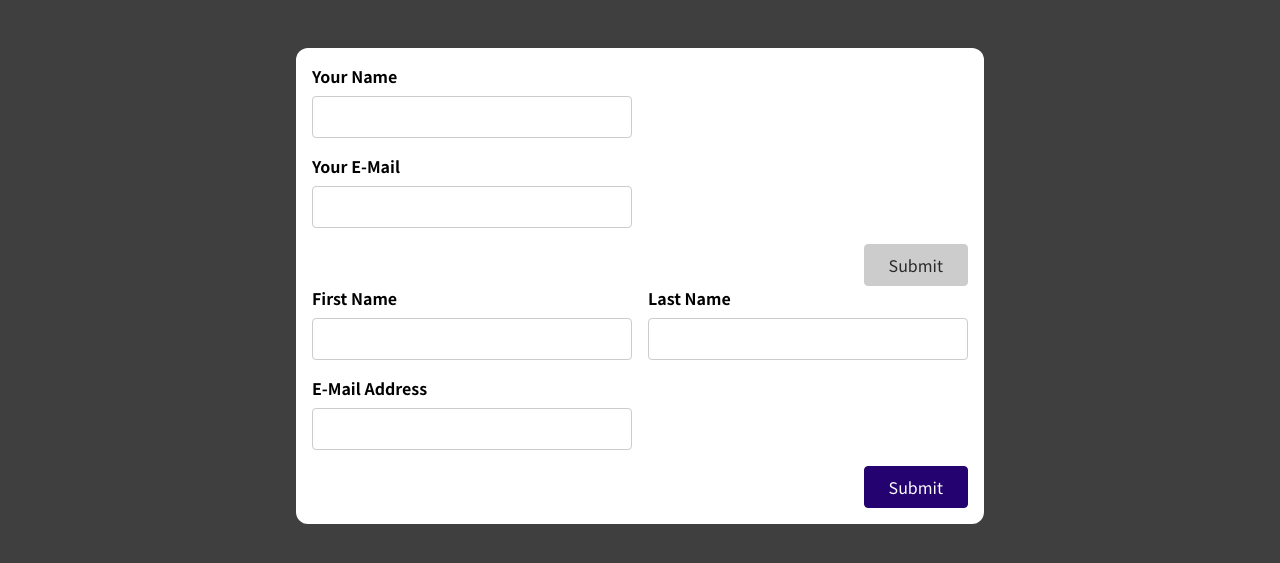
Repository: wenxi0504/08_Form-UserInput-React-
Page: /
The author's editor kept a copy of each file at every save. The page is drawn from the files as they stood at one save, then again after the next save.
The browser window is 1280 px wide. The pictures show the whole page.
The project was rebuilt for these pictures with package versions that can differ from the ones it lists, and the page was loaded fresh each time.

Above is the page before, as saved 2022-07-14 23:55:47.

### src/index.css
@import url('https://fonts.googleapis.com/css2?family=Noto+Sans+JP:wght@400;700&display=swap');

* {
  box-sizing: border-box;
}

html {
  font-family: 'Noto Sans JP', sans-serif;
}

body {
  margin: 0;
  background-color: #3f3f3f;
}

.app {
  width: 90%;
  max-width: 43rem;
  padding: 1rem;
  border-radius: 12px;
  background-color: white;
  margin: 3rem auto;
}

.form-control {
  margin-bottom: 1rem;
}

.form-control input,
.form-control label {
  display: block;
}

.form-control label {
  font-weight: bold;
  margin-bottom: 0.5rem;
}

.form-control input,
.form-control select {
  font: inherit;
  padding: 0.5rem;
  border-radius: 4px;
  border: 1px solid #ccc;
  width: 20rem;
  max-width: 100%;
}

.form-control input:focus {
  outline: none;
  border-color: #240370;
  background-color: #e0d4fd;
}

.control-group {
  display: flex;
  column-gap: 1rem;
  flex-wrap: wrap;
}

.control-group .form-control {
  min-width: 15rem;
  flex: 1;
}

button {
  font: inherit;
  background-color: #240370;
  color: white;
  border: 1px solid #240370;
  padding: 0.5rem 1.5rem;
  border-radius: 4px;
  cursor: pointer;
}

button:hover,
button:active {
  background-color: #33059e;
  border-color: #33059e;
}

button:disabled,
button:disabled:hover,
button:disabled:active{
  background-color:#ccc;
  color:#292929;
  border-color:#ccc;
  cursor:not-allowed
}



.form-actions {
  text-align: right;
}

.form-actions button {
  margin-left: 1rem;
}

.invalid input {
  border: 1px solid #b40e0e;
  background-color: #fddddd;
}

.invalid input:focus {
  border-color: #ff8800;
  background-color: #fbe8d2;
}

.error-text {
  color: #b40e0e;
}

### src/App.js
import BasicForm from "./components/BasicForm";
import basicForm from "./components/BasicForm";
import SimpleInput from "./components/SimpleInput";

function App() {
  return (
    <div className="app">
      <SimpleInput />
      <BasicForm />
    </div>
  );
}

export default App;

### src/components/BasicForm.js
import useInput from "../hooks/use-inputs";

const isNotEmpty = (value) => value.trim() !== "";
const isEmail = (value) => value.includes("@");

const BasicForm = (props) => {
  const {
    value: firstNameValue,
    isValid: firstNameIsValid,
    hasError: firstNameHasError,
    valueChangeHandler: firstNameChangeHandler,
    inputBlurHandler: firstNameBlurHandler,
    reset: resetFirstName,
  } = useInput(isNotEmpty);

  const {
    value: lastNameValue,
    isValid: lastNameIsValid,
    hasError: lastNameHasError,
    valueChangeHandler: lastNameChangeHandler,
    inputBlurHandler: lastNameBlurHandler,
    reset: resetLastName,
  } = useInput(isNotEmpty);

  const {
    value: emailValue,
    isValid: emailIsValid,
    hasError: emailHasError,
    valueChangeHandler: emailChangeHandler,
    inputBlurHandler: emailBlurHandler,
    reset: resetEmail,
  } = useInput(isEmail);

  let formIsValid = false;
  if (firstNameIsValid && lastNameIsValid && emailIsValid) {
    formIsValid = true;
  }

  const firstNameClasses = firstNameHasError
    ? "form-control valid"
    : "form-control";
  const lastNameClasses = lastNameHasError
    ? "form-control valid"
    : "form-control";
  const emailClasses = emailHasError ? "form-control valid" : "form-control";
  return (
    <form>
      <div className="control-group">
        <div className={firstNameClasses}>
          <label
            htmlFor="name"
            value={firstNameValue}
            onChange={firstNameChangeHandler}
            onBlur={firstNameBlurHandler}
          >
            First Name
          </label>
          <input type="text" id="name" />
          {firstNameHasError && <p>Please enter a first name.</p>}
        </div>
        <div className={lastNameClasses}>
          <label
            htmlFor="name"
            value={lastNameValue}
            onChange={lastNameChangeHandler}
            onBlur={lastNameBlurHandler}
          >
            Last Name
          </label>
          <input type="text" id="name" />
          {lastNameHasError && <p>Please enter a last name.</p>}
        </div>
      </div>
      <div className={emailClasses}>
        <label
          htmlFor="name"
          value={emailValue}
          onChange={emailChangeHandler}
          onBlur={emailBlurHandler}
        >
          E-Mail Address
        </label>
        <input type="text" id="name" />
        {emailHasError && <p>Please enter an Email.</p>}
      </div>
      <div className="form-actions">
        <button>Submit</button>
      </div>
    </form>
  );
};

export default BasicForm;

### src/components/SimpleInput.js
import { useEffect, useRef, useState } from "react";

const SimpleInput = (props) => {
  //method 2 use ref
  const nameInputRef = useRef();

  // method 1 use State,only needs the value once
  const [enteredName, setEnteredName] = useState("");
  // const [enteredNameIsValid, setEnteredNameIsValid] = useState(false);
  const [enteredNameTouched, setEnteredNameTouched] = useState(false);
  // const [formIsValid, setFormIsValid] = useState(false);

  const [enteredEmail, setEnteredEmail] = useState("");
  const [enteredEmailTouched, setEnteredEmailTouched] = useState(false);

  const enteredNameIsValid = enteredName.trim() !== " ";
  const nameInputIsInvalid = !enteredNameIsValid && enteredNameTouched;

  const enteredEmailIsValid = enteredEmail.includes("@");
  const enteredEmailIsInValid = !enteredEmailIsValid && enteredEmailTouched;

  //method2: check form valid
  let formIsValid = false;
  if (enteredNameIsValid && enteredEmailIsValid) {
    formIsValid = true;
  }

  // method1: check form valid
  // useEffect(() => {
  //   if (enteredNameIsValid) {
  //     setFormIsValid(true);
  //   } else {
  //     setFormIsValid(false);
  //   }
  // }, [enteredNameIsValid]);

  // useEffect(() => {
  //   if (enteredNameIsValid) {
  //     console.log("Name Input is valid!");
  //   }
  // }, [enteredNameIsValid]);

  const nameInputChangeHandler = (event) => {
    setEnteredName(event.target.value);

    //simplify code
    // if (event.target.value.trim() !== "") {
    //   setEnteredNameIsValid(true);
    // }
  };

  const emailInputChangeHandler = (event) => {
    setEnteredEmail(event.target.value);
  };

  const nameInputBlurHandler = (event) => {
    setEnteredNameTouched(true);

    //simplify code
    // if (enteredName.trim() === "") {
    //   setEnteredNameIsValid(false);
    // }
  };

  const emailInputBlurHandler = (event) => {
    setEnteredEmailTouched(true);

    //simplify code
    // if (enteredName.trim() === "") {
    //   setEnteredNameIsValid(false);
    // }
  };

  const formSubmissionHandler = (event) => {
    event.preventDefault();
    setEnteredNameTouched(true);

    // if (enteredName.trim() === "") {
    //   setEnteredNameIsValid(false);
    //   return;
    // }

    //Replace above to blow
    if (!enteredNameIsValid) {
      return;
    }

    // setEnteredNameIsValid(true);
    // console.log(enteredName);

    //method 2 continue
    // const enterValue = nameInputRef.current.value;
    // console.log(enterValue);

    //nameInputRef.current.value='';=> NOT IDEAL,dont manipulate the dom
    setEnteredName("");
    setEnteredNameTouched(false);

    setEnteredEmail("");
    setEnteredEmailTouched(false);
  };

  const nameInputClasses = nameInputIsInvalid
    ? "form-control invalid"
    : "form-control ";

  const emailInputClasses = enteredEmailIsInValid
    ? "form-control invalid"
    : "form-control ";

  return (
    <form onSubmit={formSubmissionHandler}>
      <div className={nameInputClasses}>
        <label htmlFor="name">Your Name</label>
        <input
          ref={nameInputRef}
          type="text"
          id="name"
          onChange={nameInputChangeHandler}
          onBlur={nameInputBlurHandler}
          // two way bind
          value={enteredName}
        />
        {nameInputIsInvalid && (
          <p className="error-text">Name must not be empty.</p>
        )}
      </div>
      <div className={emailInputClasses}>
        <label htmlFor="email">Your E-Mail</label>
        <input
          ref={nameInputRef}
          type="email"
          id="email"
          onChange={emailInputChangeHandler}
          onBlur={emailInputBlurHandler}
          // two way bind
          value={enteredEmail}
        />
        {enteredEmailIsInValid && (
          <p className="error-text">Please enter a valid email.</p>
        )}
      </div>
      <div className="form-actions">
        <button disabled={!formIsValid}>Submit</button>
      </div>
    </form>
  );
};

export default SimpleInput;

### src/hooks/use-inputs.js
import { useState } from "react";

const useInput = (validateValue) => {
  const [enteredValue, setEnteredValue] = useState("");
  const [isTouched, setIsTouched] = useState(false);

  const valueIsValid = validateValue(enteredValue);
  const hasError = !valueIsValid && isTouched;

  const valueChangeHandler = (event) => {
    setEnteredValue(event.target.value);
  };

  const inputBlurHandler = (event) => {
    setIsTouched(true);
  };

  const reset = () => {
    setEnteredValue("");
    setIsTouched(false);
  };
  return {
    value: enteredValue,
    isValid: valueIsValid,
    hasError: hasError,
    valueChangeHandler,
    inputBlurHandler,
    reset,
  };
};

export default useInput;

Loaded but not shown: public/index.html (common file); src/index.js (common file)

After the next save:
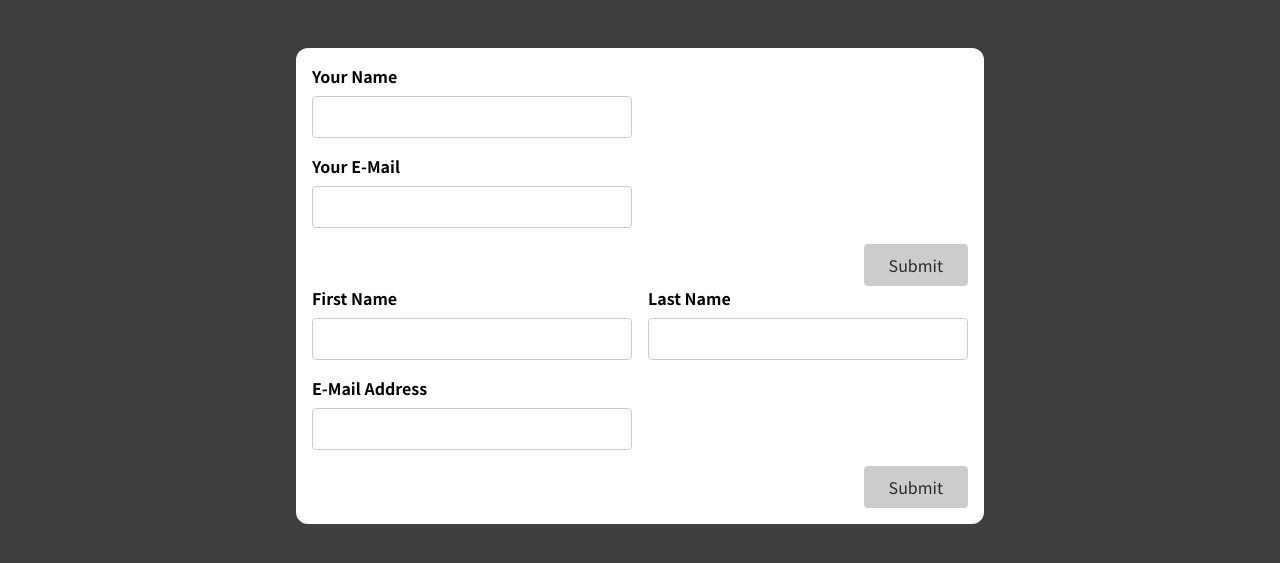
Saved 29 s later.
--- a/src/components/BasicForm.js
+++ b/src/components/BasicForm.js
@@ -84,7 +84,7 @@ const BasicForm = (props) => {
         {emailHasError && <p>Please enter an Email.</p>}
       </div>
       <div className="form-actions">
-        <button>Submit</button>
+        <button disabled={!formIsValid}>Submit</button>
       </div>
     </form>
   );
